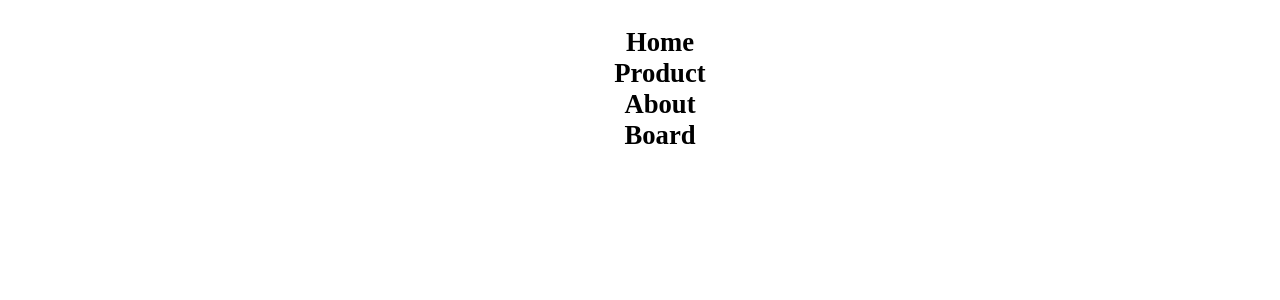
Repository: insunkang/JSP
Page: clientweb/WebContent/css/css_list_menu_test.html
These files come from the project's save history. The page is drawn as it stood at one moment and after the next save; the edit follows.
The browser window is 1280 px wide. The pictures show the whole page.

Above is the page before, as saved 2020-01-03 02:50:18.

### clientweb/WebContent/css/css_list_menu_test.html
<!DOCTYPE html>
<html>
<head>
	<meta charset="EUC-KR">
	<title>Insert title here</title>
	<style type="text/css">
		ul{
			list-style: none;
			text-align: center;
			font-size: 20pt;
			font-weight: bolder;
		}
	</style>
</head>
<body>
	<ul>
		<li>Home</li>
		<li>Product</li>
		<li>About</li>
		<li>Board</li>
	</ul>
</body>
</html>

After the next save:
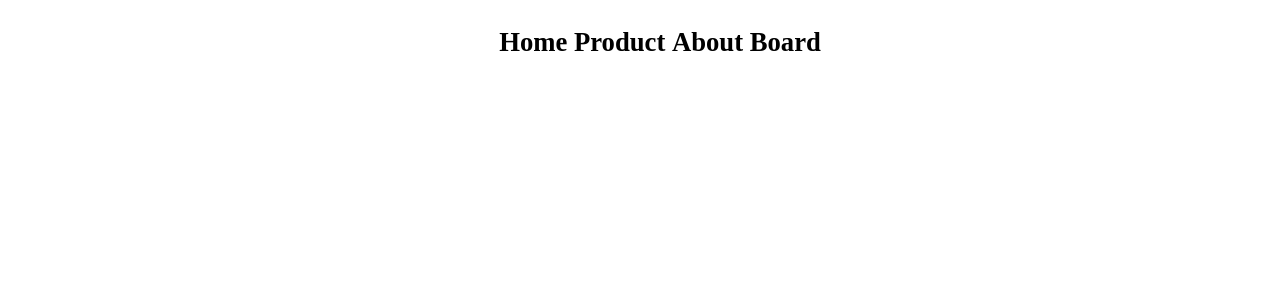
Saved 91 s later.
--- a/clientweb/WebContent/css/css_list_menu_test.html
+++ b/clientweb/WebContent/css/css_list_menu_test.html
@@ -10,6 +10,9 @@
 			font-size: 20pt;
 			font-weight: bolder;
 		}
+		ul li{
+			display: inline; /* 모든 항목이 한 줄에 보여지도록 설정  */
+		}
 	</style>
 </head>
 <body>
